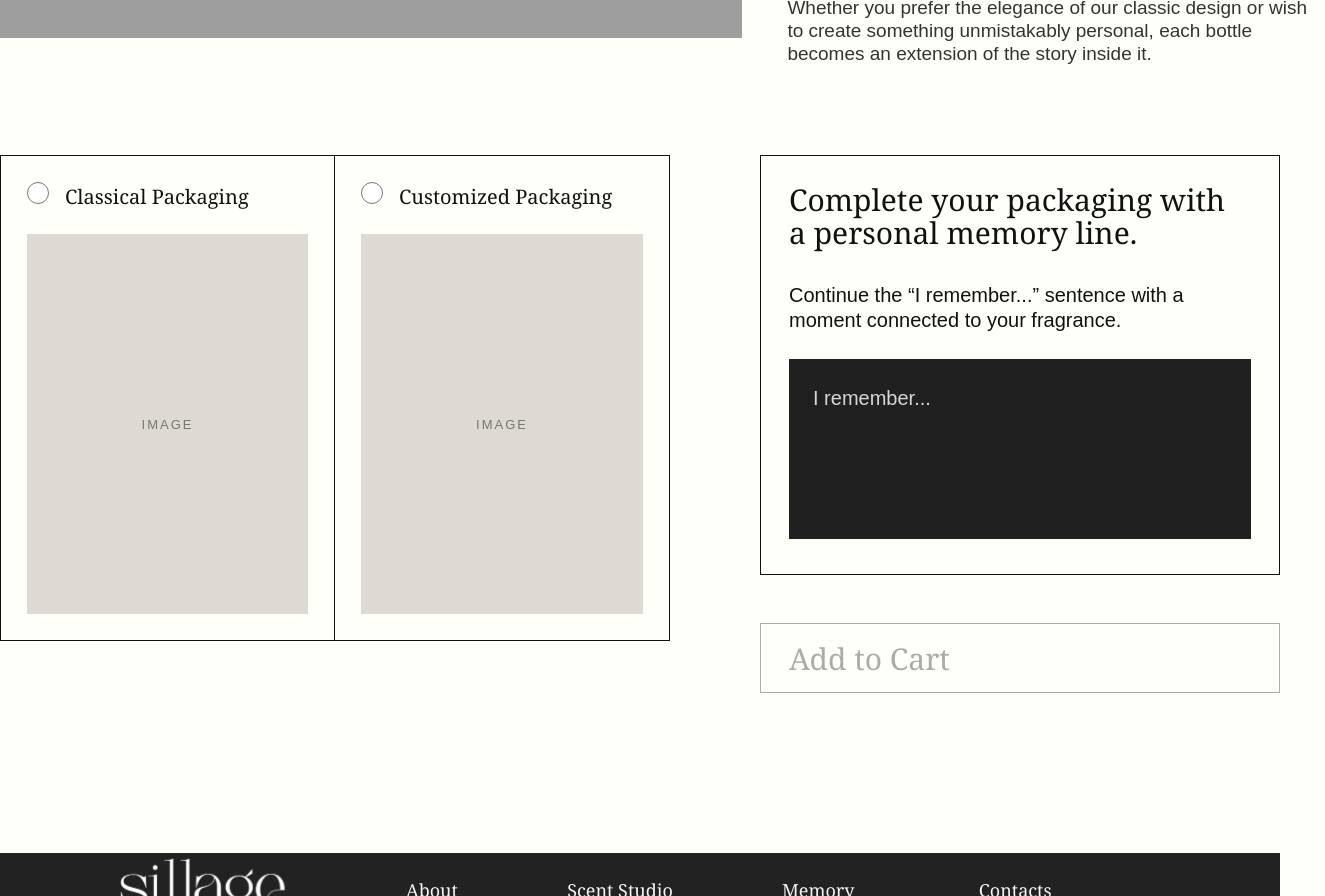
Repository: doagunes/Sillage
Page: /create
An editor plug-in stored every save of this project. The page is shown before and after the next save, followed by the edit.
The browser window is 1280 px wide. The page is 1325 px wide, so the pictures cover 1325 px, including what lies to the right of the window. The pictures show the part of the page from y = 3227 to 4123 px (the page is 4225 px tall).
Pictures or frames that could not be fetched are drawn as grey boxes. The project was rebuilt for these pictures with package versions that can differ from the ones it lists, and the page was loaded fresh each time. Also part of the build but not shown: vite.config.js, src/pages/SignUp.css, src/pages/SignUp.jsx, src/pages/Login.css, src/pages/Login.jsx, src/components/DynamicPerfumeBottle.css, src/components/DynamicPerfumeBottle.jsx, src/pages/Account.css and 13 more.

Above is the page before, as saved 2026-05-31 12:05:54.

After the next save:
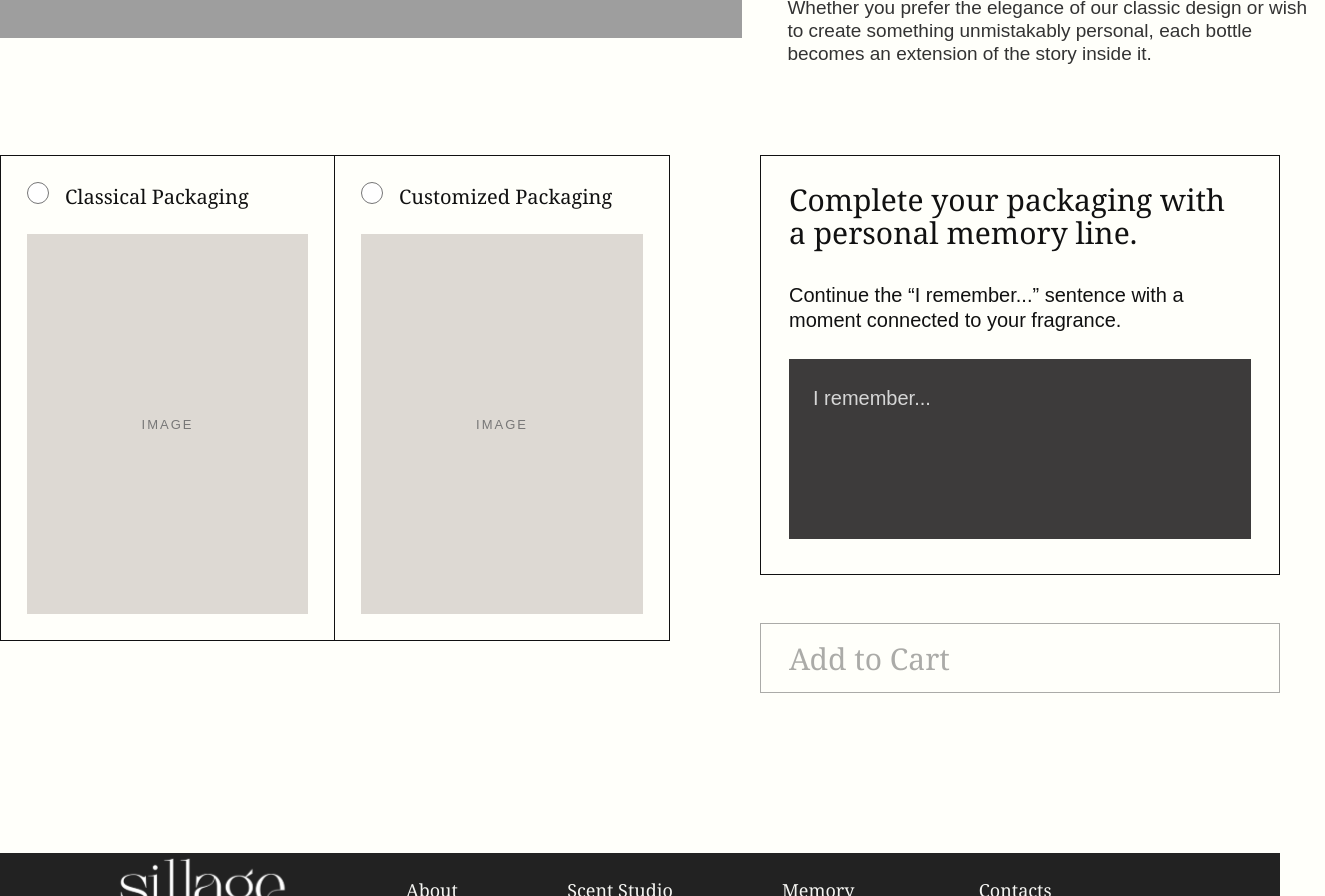
Saved 97 s later.
--- a/src/pages/Create.css
+++ b/src/pages/Create.css
@@ -498,7 +498,7 @@
 .memory-line-box textarea {
   width: 100%;
   height: 180px;
-  background: #202020;
+  background: #3D3B3B;
   color: #fffffa;
   border: none;
   resize: none;
